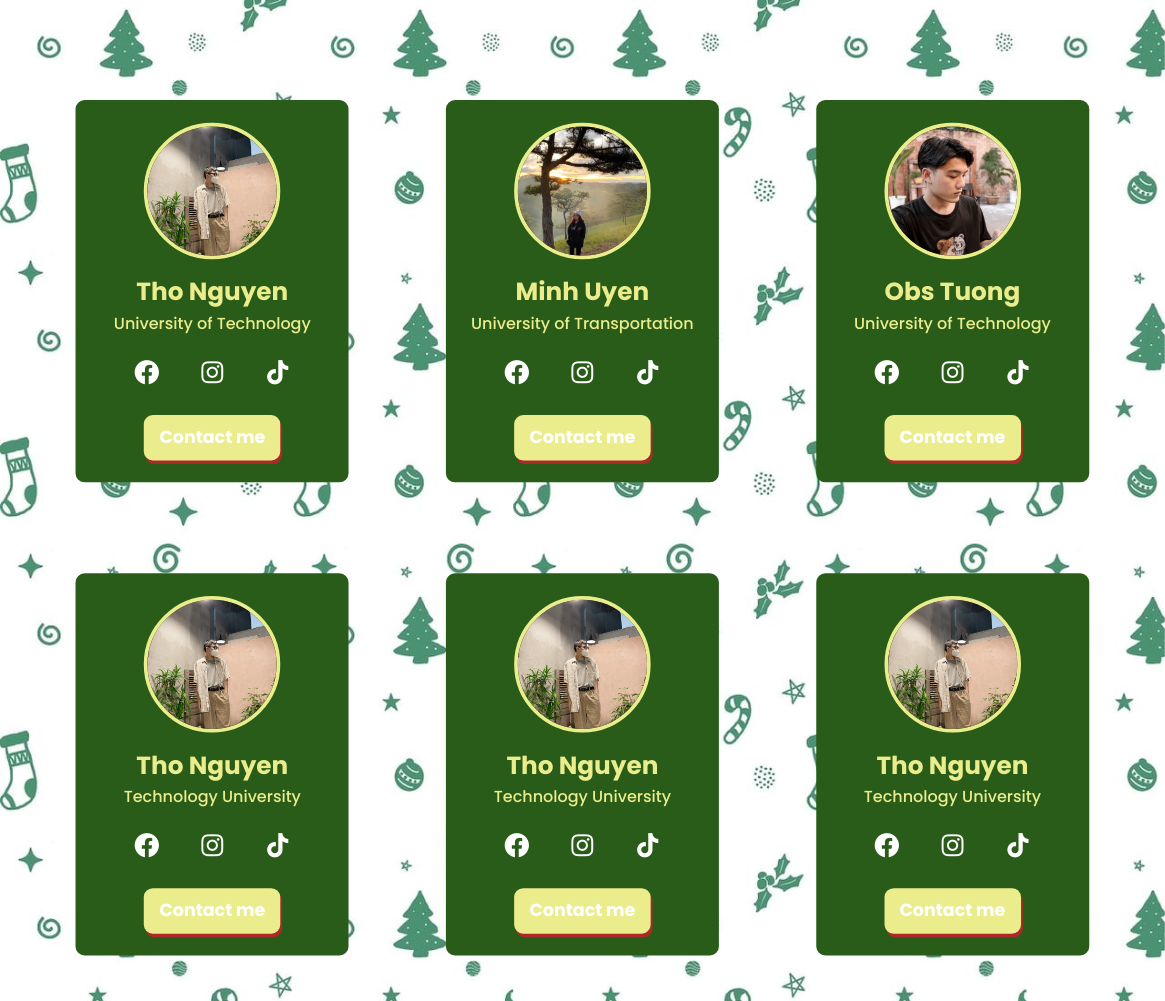
Repository: lausamtuong/profileCard
Page: index.html
These files come from the project's save history. The page is drawn as it stood at one moment and after a run of saves; the edit follows.
The browser window is 1280 px wide. The pictures show the whole page, at 91% of full size.
The style sheet was rebuilt from its Sass, Less or Tailwind sources for each picture, by a compiler version that may differ from the author's.

Above is the page before, as saved 2021-12-14 18:43:40.

### index.html
<!DOCTYPE html>
<html lang="en">
<head>
    <meta charset="UTF-8">
    <meta http-equiv="X-UA-Compatible" content="IE=edge">
    <meta name="viewport" content="width=device-width, initial-scale=1.0">
    <link rel="stylesheet" href="style.css">
    <link href="https://fonts.googleapis.com/css2?family=Lato:ital,wght@1,700;1,900&family=Poppins:wght@400;500;700&display=swap" rel="stylesheet">
    <link href='https://unpkg.com/boxicons@2.1.1/css/boxicons.min.css' rel='stylesheet'>

    <title>Document</title>
</head>
<body background="snow.jpg">
    <div class="card__list">
        <div class="card__item">

            <div class="card__image">
                <img src="tho.jpg" alt="">
            </div>
            <div class="card__name">Tho Nguyen</div>
            <div class="card__school">University of Technology </div>
            <div class="card__social">
                <a href="https://www.facebook.com/profile.php?id=100013469562736">
                    <i class='bx bxl-facebook-circle'></i>
                </a>
                <a href="https://www.instagram.com/huutho_0809/"> <i class='bx bxl-instagram' ></i></a>
                <a href="https://www.tiktok.com/@05ulu05?"> <i class='bx bxl-tiktok'></i></a>

            </div>
            <div class="card__btn">Contact me</div>
        </div>
        <div class="card__item">

            <div class="card__image">
                <img src="uyen.jpg" alt="">
            </div>
            <div class="card__name">Minh Uyen</div>
            <div class="card__school">University of Transportation </div>
            <div class="card__social">
                <a href="https://www.facebook.com/minhuyen.truong.75">
                    <i class='bx bxl-facebook-circle'></i>
                </a>
                <a href="https://www.instagram.com/minh_ieng/"> <i class='bx bxl-instagram' ></i></a>
                <a href="https://www.tiktok.com/@05ulu05?"> <i class='bx bxl-tiktok'></i></a>

            </div>
            <div class="card__btn">Contact me</div>
        </div>
        <div class="card__item">

            <div class="card__image">
                <img src="tuong.jpg" alt="">
            </div>
            <div class="card__name">Obs Tuong</div>
            <div class="card__school">University of Technology</div>
            <div class="card__social">
                <a href="https://www.facebook.com/profile.php?id=100013469562736">
                    <i class='bx bxl-facebook-circle'></i>
                </a>
                <a href=""> <i class='bx bxl-instagram' ></i></a>
                <a href=""> <i class='bx bxl-tiktok'></i></a>

            </div>
            <div class="card__btn">Contact me</div>
        </div>
        <div class="card__item">

            <div class="card__image">
                <img src="tho.jpg" alt="">
            </div>
            <div class="card__name">Tho Nguyen</div>
            <div class="card__school">Technology University</div>
            <div class="card__social">
                <a href="https://www.facebook.com/profile.php?id=100013469562736">
                    <i class='bx bxl-facebook-circle'></i>
                </a>
                <a href=""> <i class='bx bxl-instagram' ></i></a>
                <a href=""> <i class='bx bxl-tiktok'></i></a>

            </div>
            <div class="card__btn">Contact me</div>
        </div>
        <div class="card__item">

            <div class="card__image">
                <img src="tho.jpg" alt="">
            </div>
            <div class="card__name">Tho Nguyen</div>
            <div class="card__school">Technology University</div>
            <div class="card__social">
                <a href="https://www.facebook.com/profile.php?id=100013469562736">
                    <i class='bx bxl-facebook-circle'></i>
                </a>
                <a href=""> <i class='bx bxl-instagram' ></i></a>
                <a href=""> <i class='bx bxl-tiktok'></i></a>

            </div>
            <div class="card__btn">Contact me</div>
        </div>
        <div class="card__item">

            <div class="card__image">
                <img src="tho.jpg" alt="">
            </div>
            <div class="card__name">Tho Nguyen</div>
            <div class="card__school">Technology University</div>
            <div class="card__social">
                <a href="https://www.facebook.com/profile.php?id=100013469562736">
                    <i class='bx bxl-facebook-circle'></i>
                </a>
                <a href=""> <i class='bx bxl-instagram' ></i></a>
                <a href=""> <i class='bx bxl-tiktok'></i></a>

            </div>
            <div class="card__btn">Contact me</div>
        </div>


    </div>
</body>
</html>

### style.scss
*{
    margin: 0;
    padding: 0;
    box-sizing: border-box;
}
html{
    font-family: 'Poppins', sans-serif;
}
:root {
    --pink-color: #ebed8d;
  }
body{
    height: 100vh;
  //  background-image: linear-gradient(to right, #af4d96, #3d8);
}
.card{

    &__list{
        margin: 120px auto;
      display: flex;
      flex-wrap: wrap;
      justify-content: space-around;
      margin: 60px 30px;

    }
    &__item{
        width:300px;
        height:420px;
        background-color:  #2a5c19;
        margin: 50px 20px;
        border-radius: 10px;
    }
    &__image{
        width: 150px;
        height: 150px;
        overflow: hidden;
        transition: 0.25s;
        margin: 0 auto;
        transform: translateY(25px);
        border-radius: 50%;
        border: 4px solid var(--pink-color);

        cursor: pointer;
        &:hover{
            width: 100%;
            height: 100%;
            border-radius: unset;
            border: unset;
            transform: unset;
           img{
               border-radius: 10px;
           }
             }
        }
      &__name{
          color:#ebed8d;
          font-weight: 700;
          font-size: 1.7rem;
          text-align: center;
          margin-top: 40px;
      }
      &__school{
          font-weight: 500;
          font-size: 1.1rem;
          text-align: center;
          color:var(--pink-color)
      }
      &__social{

          font-size: 2rem;
          display:flex;
          justify-content: center;
          margin:20px;
          a{
              margin: 0 20px;
              color:#fff;
          }
      }
      &__btn{
          width:150px;
          height: 50px;

          background-color:var(--pink-color);
          border-radius: 10px;
          margin:0 auto;
          margin-top: 20px;
          font-weight: 700;
          font-size: 1.2rem;
          text-align: center;
            padding-top:10px;
            color:#fff;
            box-shadow: 2px 4px 0 0 rgb(172, 41, 41);
            cursor:pointer;
            &:hover{
                opacity:0.9;
            }
            &:active{
                transform: translateY(2px) ;
                box-shadow: 2px 2px 0 0 rgb(172, 41, 41);
            }
      }
    }
img{
        width: 100%;
        height: 100%;
        object-fit: cover;
        object-position: center;
    }

.card__image:hover  ~.card__name,
.card__image:hover ~.card__school,
.card__image:hover ~.card__social,
.card__image:hover ~.card__btn
{
    display:none;
}

After the next 2 saves:
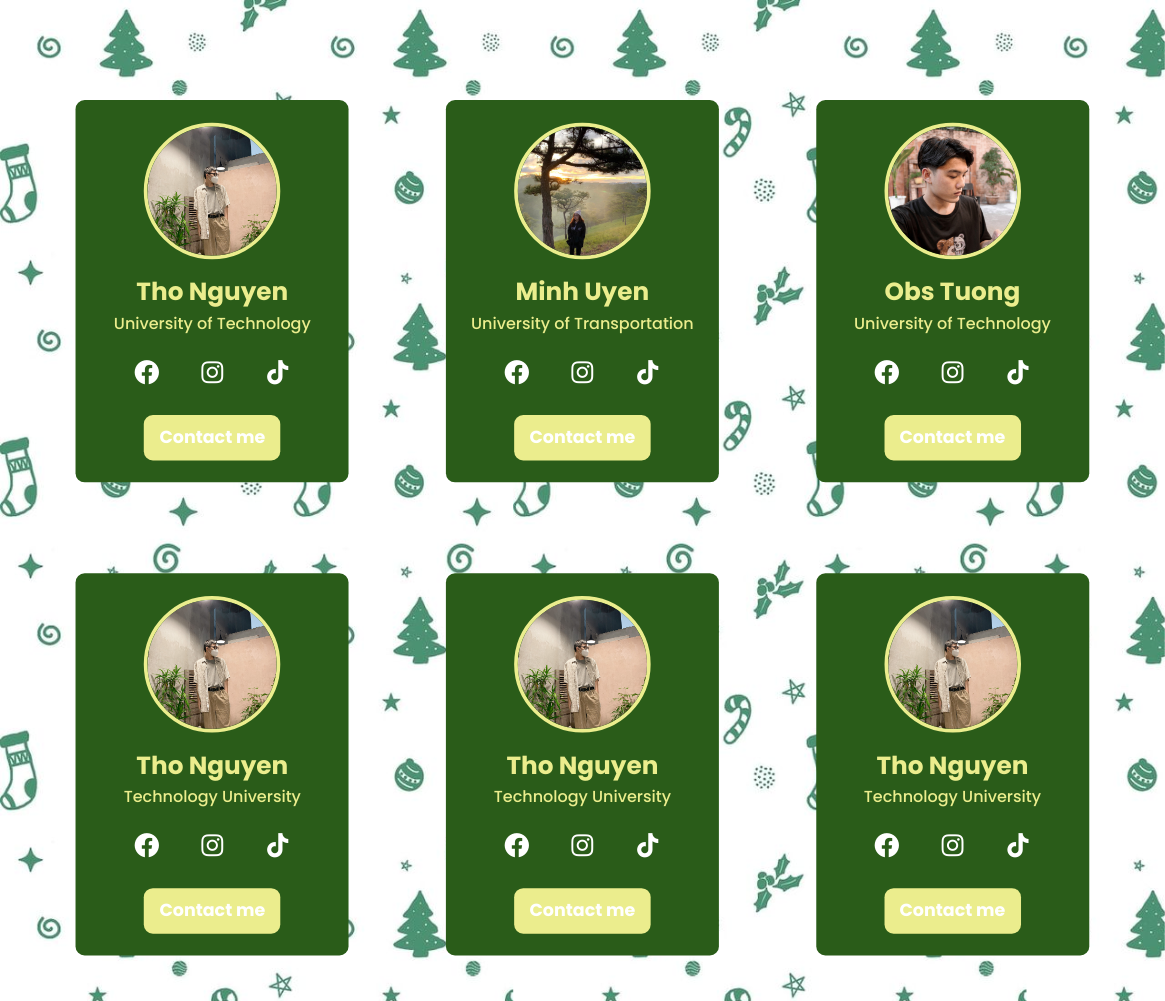
The 2 saves are shown as one change because they came seconds apart.
The last was saved 50 s later.
--- a/style.scss
+++ b/style.scss
@@ -89,14 +89,14 @@ body{
           text-align: center;
             padding-top:10px;
             color:#fff;
-            box-shadow: 2px 4px 0 0 rgb(172, 41, 41);
+         //   box-shadow: 2px 4px 0 0 rgb(172, 41, 41);
             cursor:pointer;
             &:hover{
                 opacity:0.9;
             }
             &:active{
                 transform: translateY(2px) ;
-                box-shadow: 2px 2px 0 0 rgb(172, 41, 41);
+             //   box-shadow: 2px 2px 0 0 rgb(172, 41, 41);
             }
       }
     }
